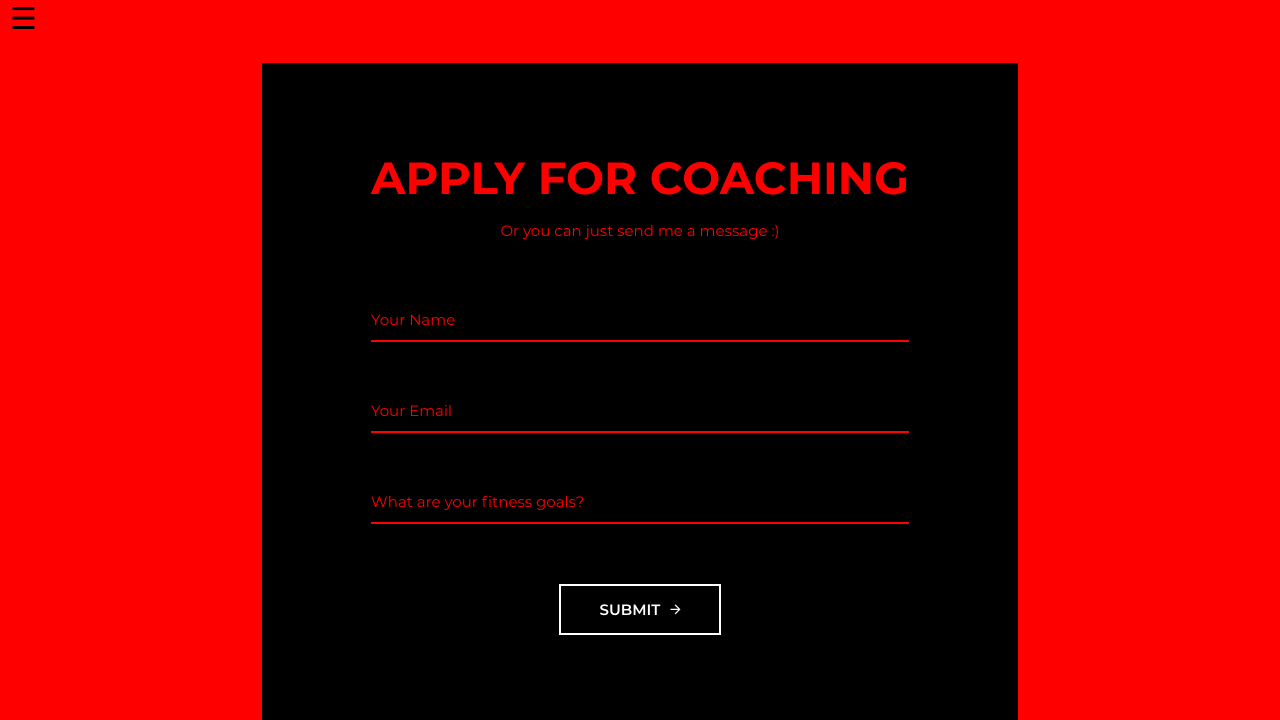
Repository: mamadont/MamadouFitnessWebsite
Page: pages-html/contact-me.html
These files come from the project's save history. The page is drawn as it stood at one moment and after the next save; the edit follows.
The browser window is 1280 px wide. The pictures show the whole page.
An inner scrolling area shows only its first screen. Some web libraries are served in a nearby version.

Above is the page before, as saved 2020-07-07 01:29:48.

### pages-html/contact-me.html
<!DOCTYPE html>
<html>

<head>
    <title>Mamadou Fitness</title>
    <link rel="stylesheet" href='../pages-css/contact.css'>
    <meta name="viewport" content="width=device-width, initial-scale=1.0">

    <!-- Animate.CSS-->
    <link rel="stylesheet" href="https://cdnjs.cloudflare.com/ajax/libs/animate.css/4.0.0/animate.min.css" />
    <!-- Font Awesome -->
    <script src="https://kit.fontawesome.com/0a51dc7bb6.js" crossorigin="anonymous"></script>

    <!-- MATERIAL DESIGN ICONIC FONT -->
    <link rel="stylesheet" href="../fonts/material-design-iconic-font/css/material-design-iconic-font.min.css">

</head>

<body>
    <!-- Parent container-->
    <div id="main" class="bg animate__animated animate__slideInLeft">
        <!-- Hamburger Icon-->
        <span class="menu-icon" onclick="openNav()">&#9776; </span>

        <!-- START: Contact form -->
        <div class="wrapper">
            <div class="inner">
                <form action="">
                    <h3>Apply for Coaching</h3>
                    <p>Or you can just send me a message :)</p>
                    <label class="form-group">
						<input type="text" class="form-control"  required>
						<span>Your Name</span>
						<span class="border"></span>
					</label>
                    <label class="form-group">
						<input type="text" class="form-control"  required>
						<span for="">Your Email</span>
						<span class="border"></span>
					</label>
                    <label class="form-group">
						<textarea name="" id="" class="form-control" required></textarea>
						<span for="">What are your fitness goals?</span>
						<span class="border"></span>
					</label>
                    <button>Submit
						<i class="zmdi zmdi-arrow-right"></i>
					</button>
                </form>
            </div>
        </div>
        <!-- END: Contact form -->

    </div>

    <!-- Side menu-->
    <div id="myNav" class="overlay">
        <a href="javascript:void(0)" class="closebtn" onclick="closeNav()">&times;</a>
        <div class="overlay-content">
            <!-- Menu Options -->
            <a href="../index.html">Home</a>
            <a href="./about-me.html">About me</a>
            <a href="./social-media.html">Social Media</a>
            <a href="#">Workout Programs</a>
            <a href="#">Shop</a>
            <a href="./contact-me.html">Apply for Coaching</a>
        </div>
    </div>

    <!-- Javascript for this page-->
    <script src="../scripts/script.js"></script>




    <!-- Necessary script tags for Bootstrap-->
    <script src="https://code.jquery.com/jquery-3.5.1.slim.min.js" integrity="sha384-DfXdz2htPH0lsSSs5nCTpuj/zy4C+OGpamoFVy38MVBnE+IbbVYUew+OrCXaRkfj" crossorigin="anonymous"></script>
    <script src="https://cdn.jsdelivr.net/npm/popper.js@1.16.0/dist/umd/popper.min.js" integrity="sha384-Q6E9RHvbIyZFJoft+2mJbHaEWldlvI9IOYy5n3zV9zzTtmI3UksdQRVvoxMfooAo" crossorigin="anonymous"></script>
</body>

</html>

### pages-css/contact.css
/* Background Image */

body,
html {
    height: 100%;
    font-family: "Montserrat-Regular";
    color: red;
    font-size: 15px;
    margin: 0;
    overflow-x: hidden;
    background-color: red;
}

.bg {
    /* The image used */
    background-color: red;
    /* Full height */
    height: 100%;
    /* Center and scale the image nicely */
    background-position: center;
    background-repeat: no-repeat;
    background-size: cover;
    z-index: -1;
}


/* Hamburger (Menu) icon */

.menu-icon {
    font-size: 30px;
    cursor: pointer;
    padding-left: 10px;
    color: black;
    height: 300px;
    width: 300px;
}


/* Menu overlay */

.overlay {
    height: 100%;
    width: 0;
    position: fixed;
    z-index: 1;
    top: 0;
    left: 0;
    background-color: rgb(0, 0, 0);
    background-color: rgba(0, 0, 0, 0.9);
    overflow-x: hidden;
    transition: 0.5s;
}

.overlay-content {
    position: relative;
    top: 25%;
    width: 100%;
    text-align: center;
    margin-top: 30px;
}

.overlay a {
    padding: 8px;
    text-decoration: none;
    font-size: 36px;
    color: #818181;
    display: block;
    transition: 0.3s;
}

.overlay a:hover,
.overlay a:focus {
    color: red;
    text-decoration: none;
}

.overlay .closebtn {
    position: absolute;
    top: 20px;
    right: 45px;
    font-size: 60px;
}

@media screen and (max-height: 450px) {
    .overlay a {
        font-size: 20px
    }
    .overlay .closebtn {
        font-size: 40px;
        top: 15px;
        right: 35px;
    }
}


/* Contact form */

@font-face {
    font-family: "Montserrat-Regular";
    src: url("../fonts/Montserrat/Montserrat-Regular.ttf");
}

@font-face {
    font-family: "Montserrat-Bold";
    src: url("../fonts/Montserrat/Montserrat-Bold.ttf");
}

@font-face {
    font-family: "Montserrat-SemiBold";
    src: url("../fonts/Montserrat/Montserrat-SemiBold.ttf");
}

* {
    -webkit-box-sizing: border-box;
    -moz-box-sizing: border-box;
    box-sizing: border-box;
}

input,
textarea,
select,
button {
    font-family: "Montserrat-Regular";
    color: #fff;
    font-size: 15px;
}

p,
h1,
h2,
h3,
h4,
h5,
h6,
ul {
    margin: 0;
}

img {
    max-width: 100%;
}

ul {
    padding-left: 0;
    margin-bottom: 0;
}

a:hover {
    text-decoration: none;
}

 :focus {
    outline: none;
}

.wrapper {
    min-height: 100vh;
    display: flex;
    align-items: center;
    background-size: cover;
}

.inner {
    max-width: 758px;
    margin: auto;
    background: black;
    border: 10px solid black;
    padding: 77px 99px 87px;
    /* box-shadow: 0px 0px 10px 0px rgba(0, 0, 0, 0.2);
    -webkit-box-shadow: 0px 0px 10px 0px rgba(0, 0, 0, 0.2);
    -moz-box-shadow: 0px 0px 10px 0px rgba(0, 0, 0, 0.2);
    -ms-box-shadow: 0px 0px 10px 0px rgba(0, 0, 0, 0.2);
    -o-box-shadow: 0px 0px 10px 0px rgba(0, 0, 0, 0.2); */
}

textarea {
    resize: none;
}

h3 {
    text-transform: uppercase;
    font-size: 45px;
    font-family: "Montserrat-Bold";
    text-align: center;
    margin-bottom: 12px;
}

p {
    text-align: center;
    padding: 0 10px;
    margin-bottom: 55px;
    line-height: 1.8;
}

.form-group {
    position: relative;
    display: block;
    margin-bottom: 48px;
}

.form-group span {
    font-size: 15px;
    color: red;
    position: absolute;
    top: 11px;
    transition: all .2s ease;
    transform-origin: 0 0;
    cursor: text;
}

.form-group span.border {
    height: 2px;
    display: block;
    position: absolute;
    width: 100%;
    left: 0;
    top: 41px;
    transform: scaleX(0);
    transition: all .15s ease;
    background: #fff;
}

.form-control {
    border: none;
    border-bottom: 2px solid red;
    display: block;
    width: 100%;
    height: 43px;
    font-size: 15px;
    background: none;
    font-family: "Montserrat-SemiBold";
}

.form-control:focus,
.form-control:valid {
    border-bottom: 2px solid #fff;
}

.form-control:focus+span,
.form-control:valid+span {
    transform: translateY(-22px) scale(0.8);
}

.form-control:focus+span+.border,
.form-control:valid+span+.border {
    transform: scaleX(1);
}

textarea.form-control {
    padding-top: 10px;
    padding-bottom: 10px;
}

button {
    border: none;
    width: 162px;
    height: 51px;
    border: 2px solid #fff;
    margin: auto;
    margin-top: 60px;
    cursor: pointer;
    display: flex;
    align-items: center;
    justify-content: center;
    padding: 0;
    background: none;
    color: #fff;
    text-transform: uppercase;
    font-family: "Montserrat-SemiBold";
    -webkit-transform: perspective(1px) translateZ(0);
    transform: perspective(1px) translateZ(0);
    position: relative;
    -webkit-transition-property: color;
    transition-property: color;
    -webkit-transition-duration: 0.3s;
    transition-duration: 0.3s;
}

button i {
    margin-left: 10px;
    -webkit-transform: translateZ(0);
    transform: translateZ(0);
    -webkit-transition-duration: 0.1s;
    transition-duration: 0.1s;
    -webkit-transition-property: transform;
    transition-property: transform;
    -webkit-transition-timing-function: ease-out;
    transition-timing-function: ease-out;
}

button:before {
    content: "";
    position: absolute;
    z-index: -1;
    top: 0;
    left: 0;
    right: 0;
    bottom: 0;
    background: red;
    -webkit-transform: scaleX(0);
    transform: scaleX(0);
    -webkit-transform-origin: 0 50%;
    transform-origin: 0 50%;
    -webkit-transition-property: transform;
    transition-property: transform;
    -webkit-transition-duration: 0.3s;
    transition-duration: 0.3s;
    -webkit-transition-timing-function: ease-out;
    transition-timing-function: ease-out;
}

button:hover {
    border-color: transparent;
}

button:hover:before {
    -webkit-transform: scaleX(1);
    transform: scaleX(1);
}

button:hover i {
    -webkit-transform: translateX(4px);
    transform: translateX(4px);
}

@media (max-width: 767px) {
    h3 {
        font-size: 38px;
    }
    p {
        font-size: 14px;
        padding: 0;
    }
    .inner {
        padding: 27px 20px 37px;
        border: none;
        box-shadow: none;
        -webkit-box-shadow: none;
        -moz-box-shadow: none;
        -ms-box-shadow: none;
        -o-box-shadow: none;
    }
    .wrapper {
        background: black;
        border: 10px solid red;
    }
}


/*# sourceMappingURL=style.css.map */

### scripts/script.js
function openNav() {
    // Changes width based on the width of the viewport (30% for larger screens, 100% for smaller screens)
    if (window.innerWidth < 1280) {
        document.getElementById("myNav").style.width = "100%";
    } else {
        document.getElementById("myNav").style.width = "30%";
    }

    document.getElementById("main").style.opacity = 0.5;



}

function closeNav() {
    document.getElementById("myNav").style.width = "0%";
    document.getElementById("main").style.opacity = 1.0
}

Loaded but not shown: fonts/material-design-iconic-font/css/material-design-iconic-font.min.css (library)

After the next save:
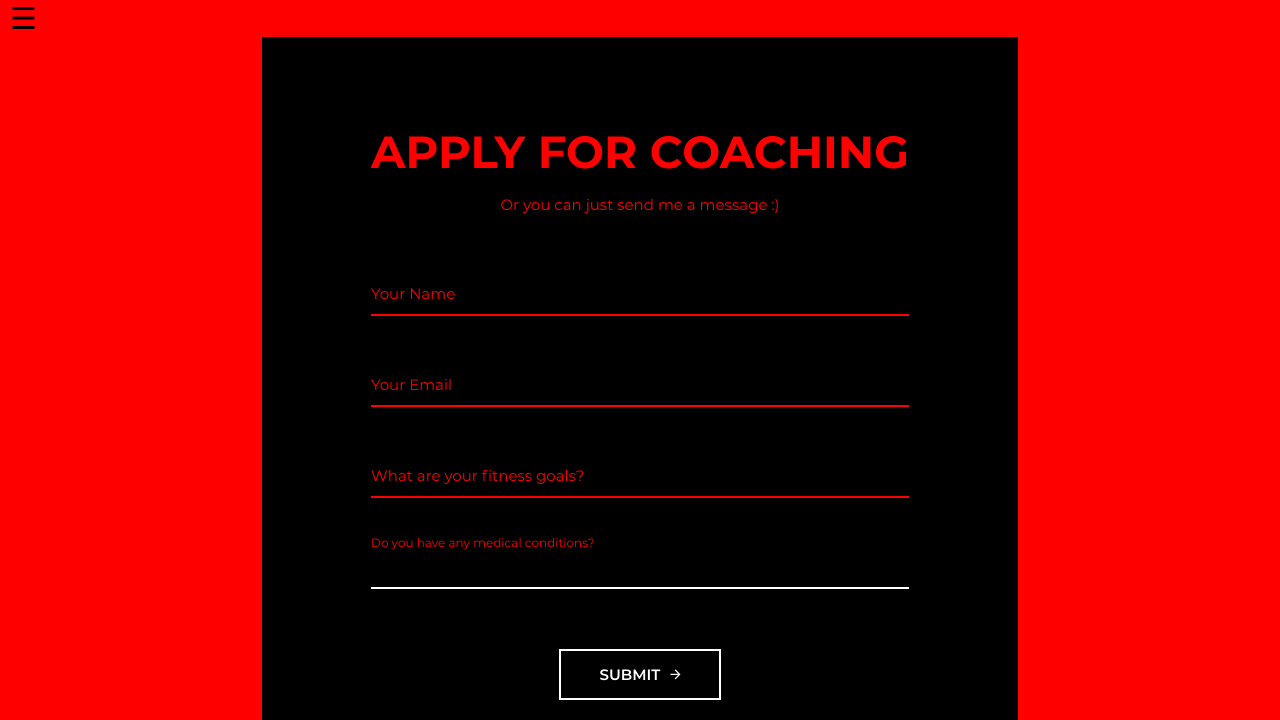
Saved 23 h 40 min later.
--- a/pages-html/contact-me.html
+++ b/pages-html/contact-me.html
@@ -42,6 +42,11 @@
 						<textarea name="" id="" class="form-control" required></textarea>
 						<span for="">What are your fitness goals?</span>
 						<span class="border"></span>
+                    </label>
+                    <label class="form-group">
+						<textarea name="" id="" class="form-control"></textarea>
+						<span for="">Do you have any medical conditions?</span>
+						<span class="border"></span>
 					</label>
                     <button>Submit
 						<i class="zmdi zmdi-arrow-right"></i>
